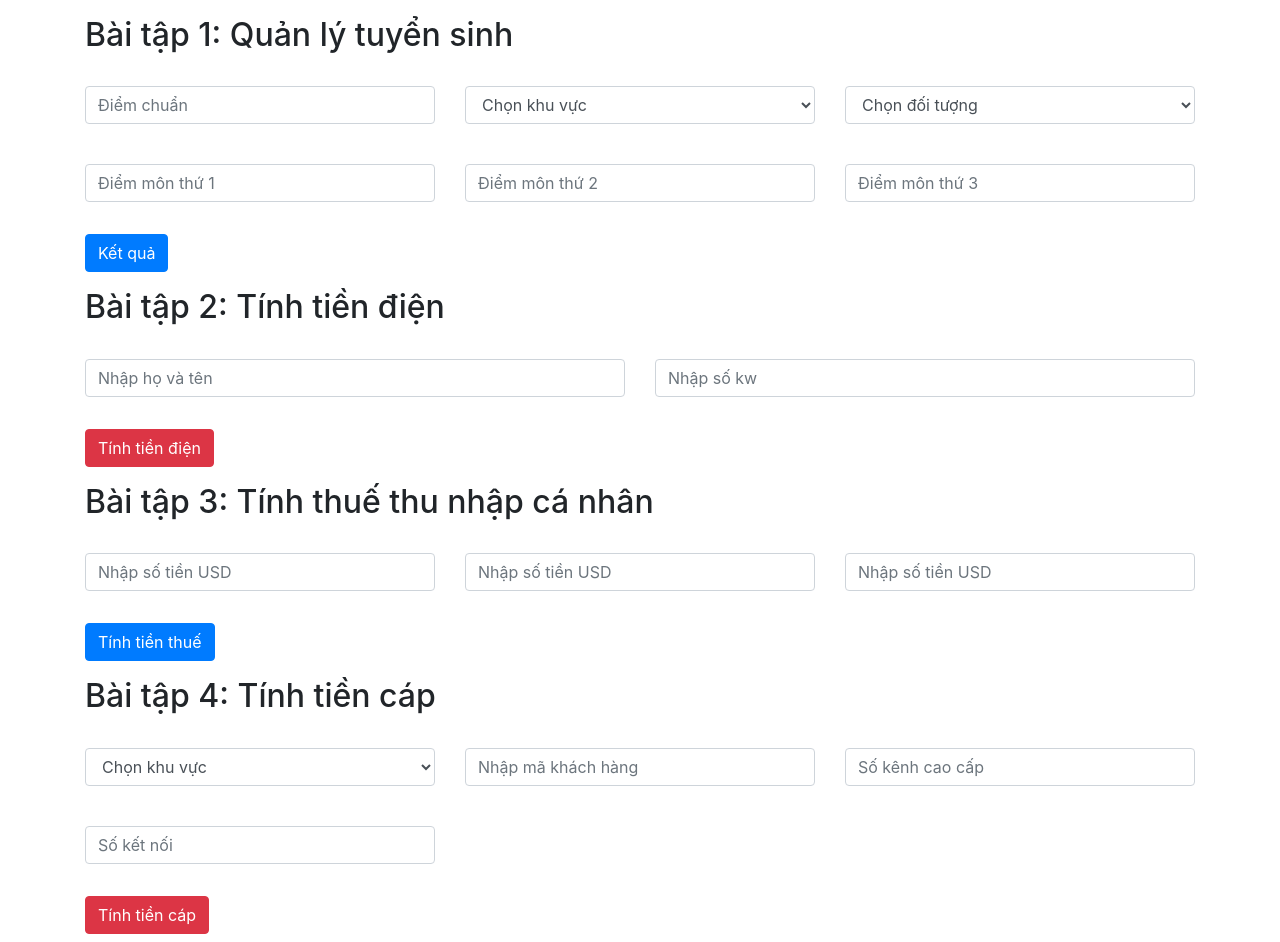
Repository: thanhfrankie/BC10-LeMinhThanh-Js-b5
Page: index.html
The author's editor kept a copy of each file at every save. The page is drawn from the files as they stood at one save, then again after a run of saves.
The browser window is 1280 px wide. The pictures show the whole page.

Above is the page before, as saved 2023-12-24 01:24:50.

After the next 7 saves:
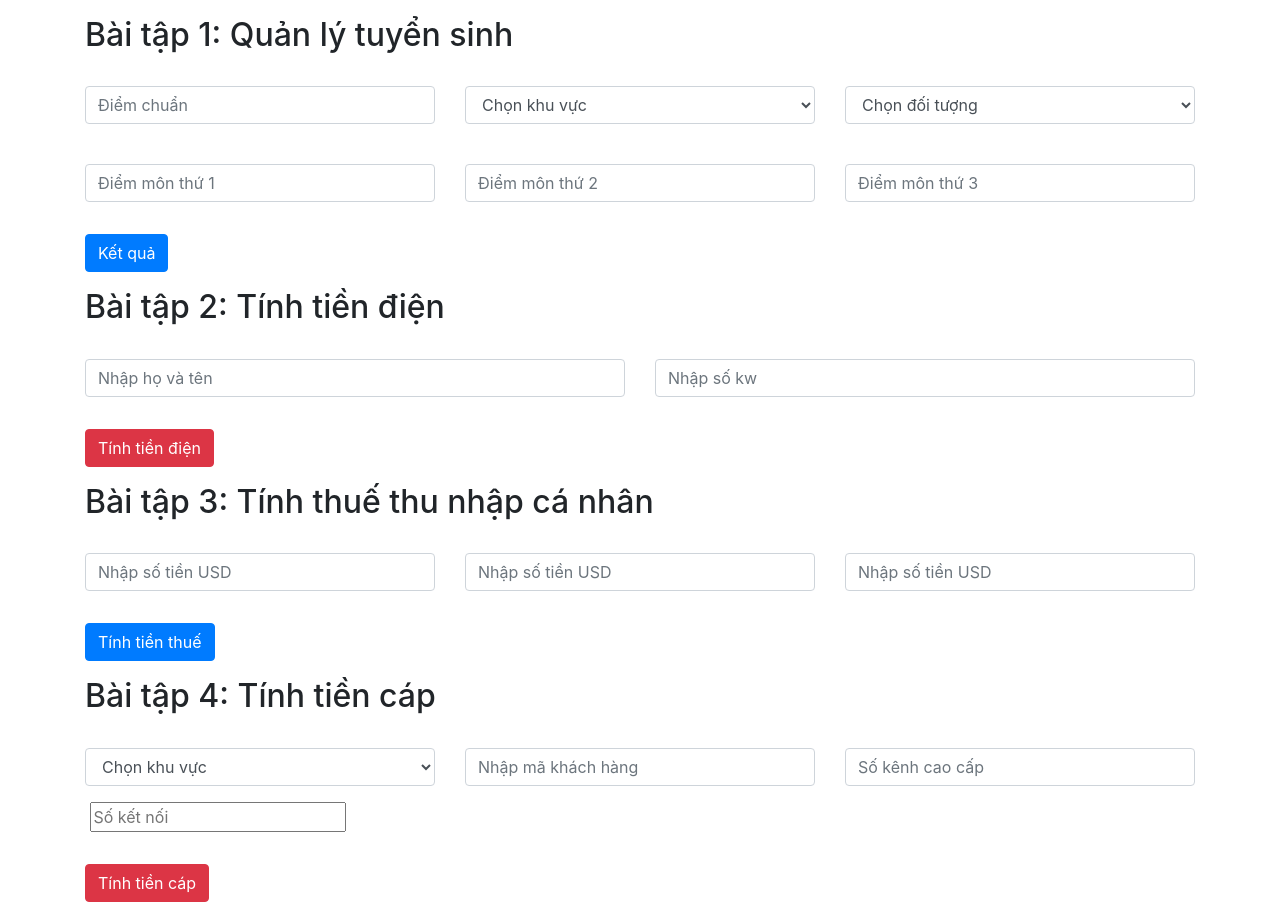
The 7 saves are shown as one change because they came seconds apart.
The last was saved 20 s later.
--- a/index.html
+++ b/index.html
@@ -246,10 +246,11 @@
             />
           </div>
         </div>
-        <div class="col-sm-4 ket-noi">
+        <div class="col-sm-4">
           <div class="form-group">
             <label for="so-ket-noi"></label>
             <input
+            class="display: none"
               type="number"
               class="form-control"
               name=""

After the save that followed:
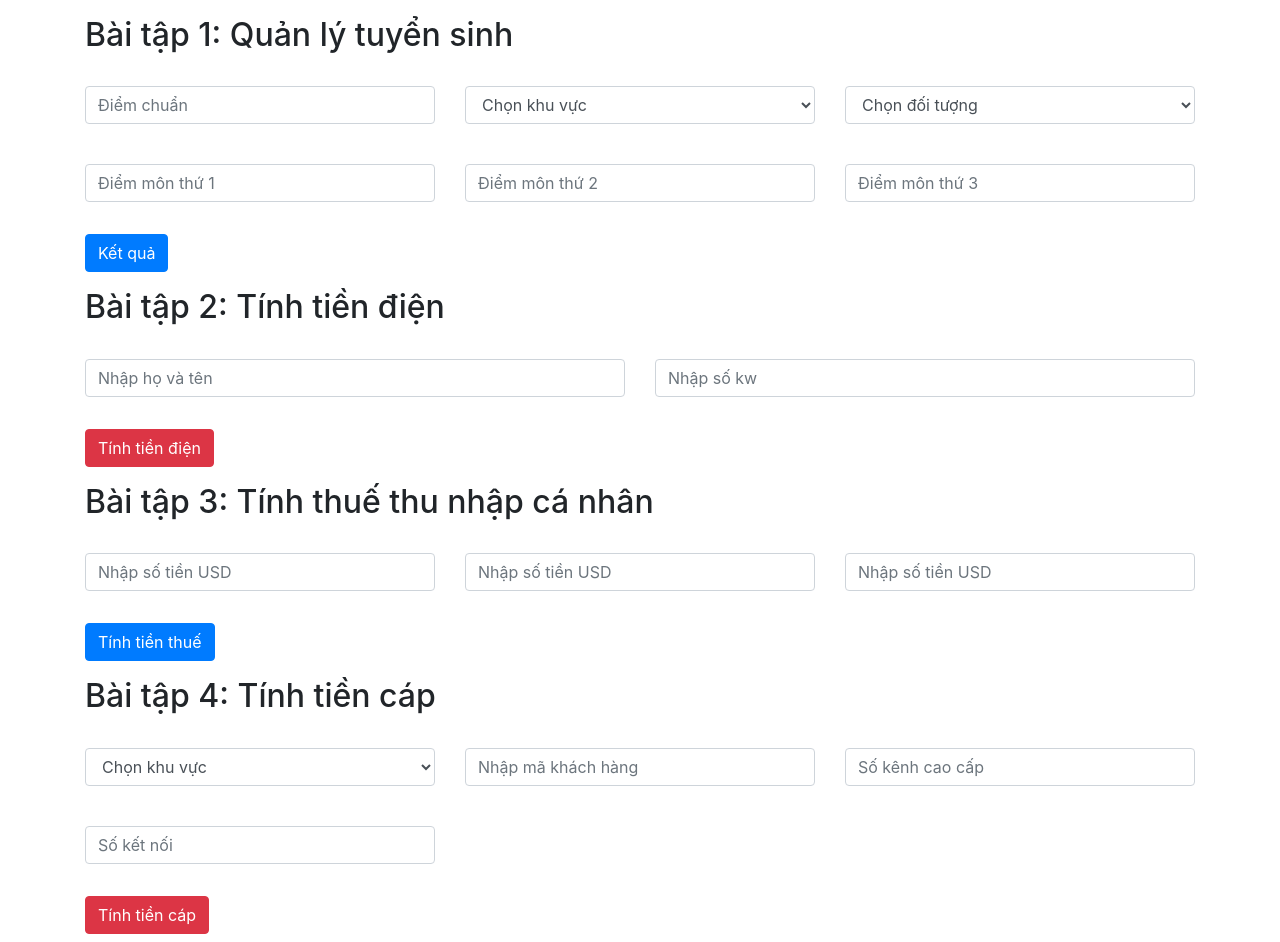
Saved 20 s later.
--- a/index.html
+++ b/index.html
@@ -250,7 +250,6 @@
           <div class="form-group">
             <label for="so-ket-noi"></label>
             <input
-            class="display: none"
               type="number"
               class="form-control"
               name=""
